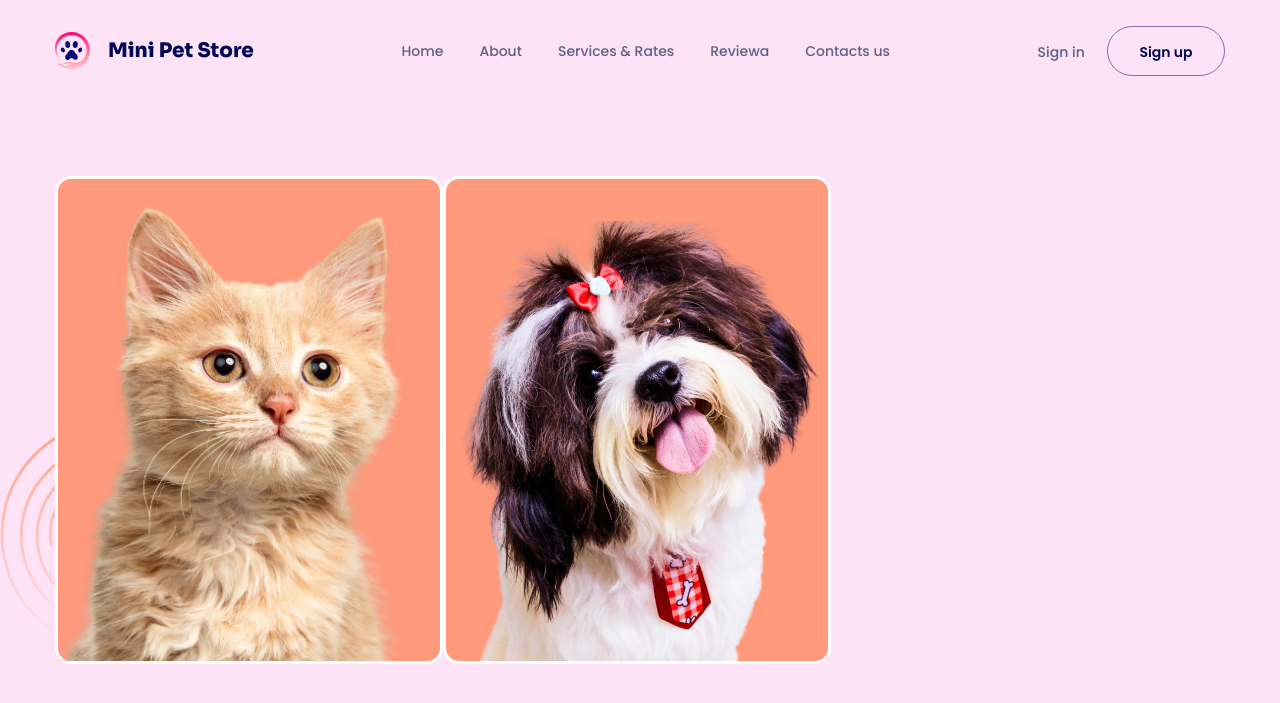
Repository: Tran-Dat/ASM-HTML5-F8-04
Page: index.html
These files come from the project's save history. The page is drawn as it stood at one moment and after the next save; the edit follows.
The browser window is 1280 px wide. The pictures show the whole page.

Above is the page before, as saved 2023-06-12 16:06:17.

### index.html
<!DOCTYPE html>
<html lang="en">
    <head>
        <meta charset="UTF-8" />
        <meta name="viewport" content="width=device-width, initial-scale=1.0" />
        <title>PS27621-TranTanDat-ASM</title>

        <!-- favicon -->
        <link
            rel="apple-touch-icon"
            sizes="57x57"
            href="./assets/favicon/apple-icon-57x57.png"
        />
        <link
            rel="apple-touch-icon"
            sizes="60x60"
            href="./assets/favicon/apple-icon-60x60.png"
        />
        <link
            rel="apple-touch-icon"
            sizes="72x72"
            href="./assets/favicon/apple-icon-72x72.png"
        />
        <link
            rel="apple-touch-icon"
            sizes="76x76"
            href="./assets/favicon/apple-icon-76x76.png"
        />
        <link
            rel="apple-touch-icon"
            sizes="114x114"
            href="./assets/favicon/apple-icon-114x114.png"
        />
        <link
            rel="apple-touch-icon"
            sizes="120x120"
            href="./assets/favicon/apple-icon-120x120.png"
        />
        <link
            rel="apple-touch-icon"
            sizes="144x144"
            href="./assets/favicon/apple-icon-144x144.png"
        />
        <link
            rel="apple-touch-icon"
            sizes="152x152"
            href="./assets/favicon/apple-icon-152x152.png"
        />
        <link
            rel="apple-touch-icon"
            sizes="180x180"
            href="./assets/favicon/apple-icon-180x180.png"
        />
        <link
            rel="icon"
            type="image/png"
            sizes="192x192"
            href="./assets/favicon/android-icon-192x192.png"
        />
        <link
            rel="icon"
            type="image/png"
            sizes="32x32"
            href="./assets/favicon/favicon-32x32.png"
        />
        <link
            rel="icon"
            type="image/png"
            sizes="96x96"
            href="./assets/favicon/favicon-96x96.png"
        />
        <link
            rel="icon"
            type="image/png"
            sizes="16x16"
            href="./assets/favicon/favicon-16x16.png"
        />
        <link rel="manifest" href="./assets/favicon/manifest.json" />
        <meta name="msapplication-TileColor" content="#ffffff" />
        <meta
            name="msapplication-TileImage"
            content="./assets/favicon/ms-icon-144x144.png"
        />
        <meta name="theme-color" content="#ffffff" />

        <!-- reset css -->
        <link rel="stylesheet" href="./assets/css/reset.css" />

        <!-- Font gg -->
        <link rel="preconnect" href="https://fonts.googleapis.com" />
        <link rel="preconnect" href="https://fonts.gstatic.com" crossorigin />
        <link
            href="https://fonts.googleapis.com/css2?family=Poppins:wght@300;400;500;600&family=Sora:wght@600;700;800&display=swap"
            rel="stylesheet"
        />

        <!-- styles css -->
        <link rel="stylesheet" href="./assets/css/styles.css" />
    </head>
    <body>
        <!-- Header -->
        <header class="header">
            <div class="container">
                <div class="header__inner">
                    <!-- Logo -->
                    <div class="header-logo">
                        <img src="./assets/img/logo.svg" alt="" class="logo" />
                        <h1 class="header-logo__title">
                            <a href="#!">Mini Pet Store</a>
                        </h1>
                    </div>

                    <!-- navbar -->
                    <nav class="navbar">
                        <ul class="navbar__list">
                            <li class="navbar__item">
                                <a href="#" class="navbar__link">Home</a>
                            </li>
                            <li class="navbar__item">
                                <a href="#" class="navbar__link">About</a>
                            </li>
                            <li class="navbar__item">
                                <a href="#" class="navbar__link"
                                    >Services & Rates</a
                                >
                            </li>
                            <li class="navbar__item">
                                <a href="#" class="navbar__link">Reviewa</a>
                            </li>
                            <li class="navbar__item">
                                <a href="#" class="navbar__link">Contacts us</a>
                            </li>
                        </ul>
                    </nav>

                    <!-- header action -->
                    <div class="header-action">
                        <a href="" class="header-action__link">Sign in</a>
                        <a href="" class="btn header-action__btn">Sign up</a>
                    </div>
                </div>
            </div>
        </header>

        <!-- Hero -->
        <section class="hero">
            <div class="container">
                <div class="hero__inner">
                    <!-- hero media -->
                    <div class="hero__media">
                        <!-- pet-01 -->
                        <div class="hero__img-wrap">
                            <img
                                src="./assets/img/pet-01.png"
                                alt=""
                                class="hero__img"
                            />

                            <!-- Decorators -->
                            <img
                                src="./assets/img/decor-01.svg"
                                alt=""
                                class="hero__decor hero__decor-left"
                            />
                            <img
                                src="./assets/img/decor-02.svg"
                                alt=""
                                class="hero__decor hero__decor-right"
                            />
                        </div>

                        <!-- Pet-02 -->
                        <div class="hero__img-wrap hero__img-wrap-small">
                            <img
                                src="./assets/img/pet-02.png"
                                alt=""
                                class="hero__img hero__img-small"
                            />
                        </div>
                    </div>

                    <!-- hero content -->
                    <section class="hero__content"></section>
                </div>
            </div>
        </section>
    </body>
</html>

### assets/css/styles.css
* {
    box-sizing: border-box;
}

html {
    font-size: 62.5%;
}

body {
    font-size: 1.6rem;
    font-family: "Poppins", sans-serif;
    background: #fee2f6;
}

/* ============================ common ============================ */

a {
    text-decoration: none;
}

h1,
h2,
h3,
h4,
h5,
h6 {
    font-family: "Sora", sans-serif;
}

input,
textarea,
select,
button {
    font-size: inherit;
    font-family: inherit;
}

.container {
    width: 1170px;
    max-width: calc(100% - 48px);
    margin: 0 auto;
}

.btn {
    --height: 56px;

    display: inline-block;
    min-width: 130px;
    height: var(--height);
    line-height: var(--height);
    border: 1px solid #00095880;
    border-radius: 99px;

    font-weight: 600;
    font-size: 1.4rem;

    text-align: center;
    color: #000958;
}

.btn:hover {
    opacity: 0.9;
}

/* =============== Header =============== */

.header {
    padding: 26px 0;
}

.header__inner {
    display: flex;
    align-items: center;
    justify-content: space-between;
}

.header-logo {
    display: flex;
    align-items: center;
}

.header-logo__title a {
    padding: 8px 18px;
    font-weight: 800;
    font-size: 20px;
    color: #000958;
}

.navbar__list {
    display: flex;
}

.navbar__link,
.header-action__link {
    padding: 8px 18px;
    font-weight: 500;
    font-size: 1.4rem;
    line-height: 1;
    color: #5e6085;
}

.navbar__link:hover {
    color: #000958;
    text-shadow: 1px 0 0 currentColor;
}

.header-action__btn {
    --height: 50px;

    min-width: 118px;
}

/* =============== Hero =============== */
.hero {
    margin-top: 74px;
}

.hero__inner {
    display: flex;
    align-items: center;
    justify-content: space-between;
}

.hero__media {
    display: flex;
}

.hero__img-wrap {
    position: relative;
    display: flex;
    align-items: flex-end;
    justify-content: center;
    width: 388px;
    height: 488px;
    background: #fe997b;
    border-radius: 16px;
    border: 3px solid #fff;
}

.hero__img {
    max-width: 100%;
    max-height: 100%;
}

.hero__decor {
    z-index: -1;
    position: absolute;
}

.hero__decor-left {
    left: -58px;
    bottom: 10px;
}

.hero__decor-right {
    top: 16px;
    right: -43px;
}

.hero__img-wrap-small {
}

.hero__img-small {
}

Loaded but not shown: assets/css/reset.css (common file)

After the next save:
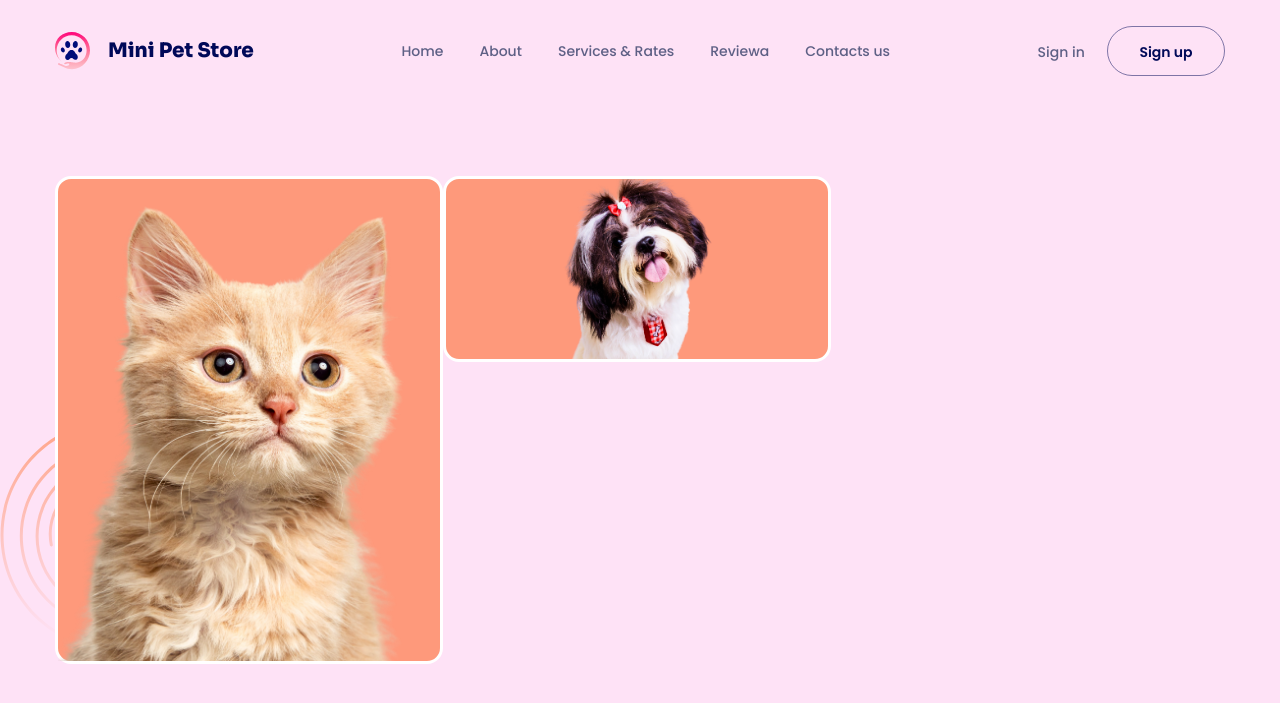
Saved 28 s later.
--- a/assets/css/styles.css
+++ b/assets/css/styles.css
@@ -158,6 +158,7 @@
 }
 
 .hero__img-wrap-small {
+    height: 186px;
 }
 
 .hero__img-small {
